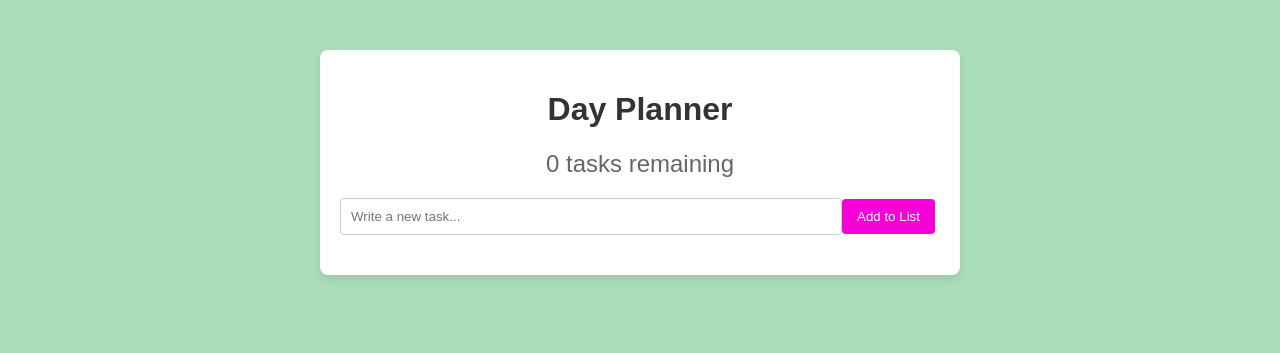
Repository: madelinestruthers/shema-lab04
Page: /
These files come from the project's save history. The page is drawn as it stood at one moment and after the next save; the edit follows.
The browser window is 1280 px wide. The pictures show the whole page.
The project was rebuilt for these pictures with package versions that can differ from the ones it lists, and the page was loaded fresh each time. Also part of the build but not shown: src/components/Task.jsx.

Above is the page before, as saved 2024-10-28 11:44:48.

After the next save:
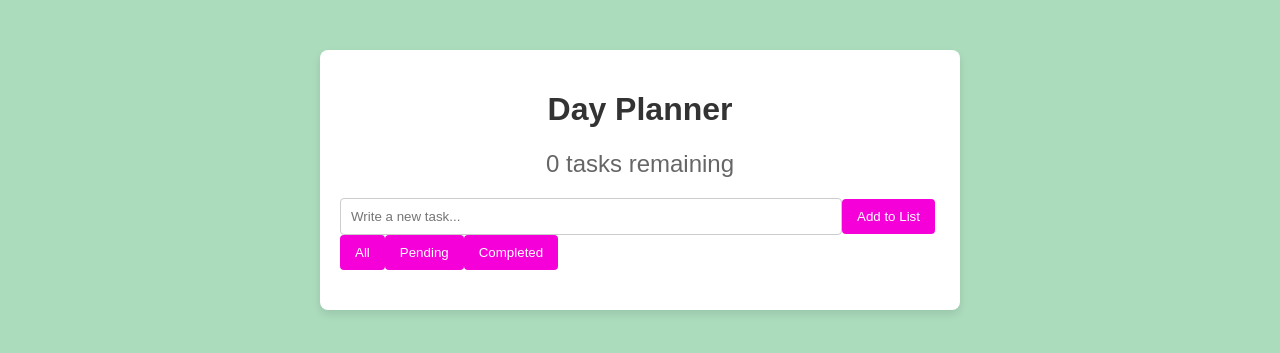
Saved 11 s later.
--- a/src/App.jsx
+++ b/src/App.jsx
@@ -5,9 +5,10 @@ import TaskForm from './components/TaskForm.jsx';
 
 function App() {
   const [tasks, setTasks] = useState([]);
+  const [filter, setFilter] = useState('all'); // State for task filter
 
   useEffect(() => {
-    document.title = 'Day Planner'; // Change the title here
+    document.title = 'Day Planner';
   }, []);
 
   const addTask = (taskText) => {
@@ -31,6 +32,13 @@ function App() {
 
   const remainingTasks = tasks.filter((task) => !task.completed).length;
 
+  // Filter tasks based on selected filter state
+  const filteredTasks = tasks.filter((task) => {
+    if (filter === 'completed') return task.completed;
+    if (filter === 'pending') return !task.completed;
+    return true; // Default: show all tasks
+  });
+
   return (
     <div className="app-container">
       <h1>Day Planner</h1>
@@ -38,8 +46,16 @@ function App() {
 
       <TaskForm addTask={addTask} />
 
+      {/* Filter Buttons */}
+      <div className="filter-buttons">
+        <button onClick={() => setFilter('all')}>All</button>
+        <button onClick={() => setFilter('pending')}>Pending</button>
+        <button onClick={() => setFilter('completed')}>Completed</button>
+      </div>
+
+      {/* Render Filtered Tasks */}
       <div className="task-list">
-        {tasks.map((task) => (
+        {filteredTasks.map((task) => (
           <Task
             key={task.id}
             task={task}
